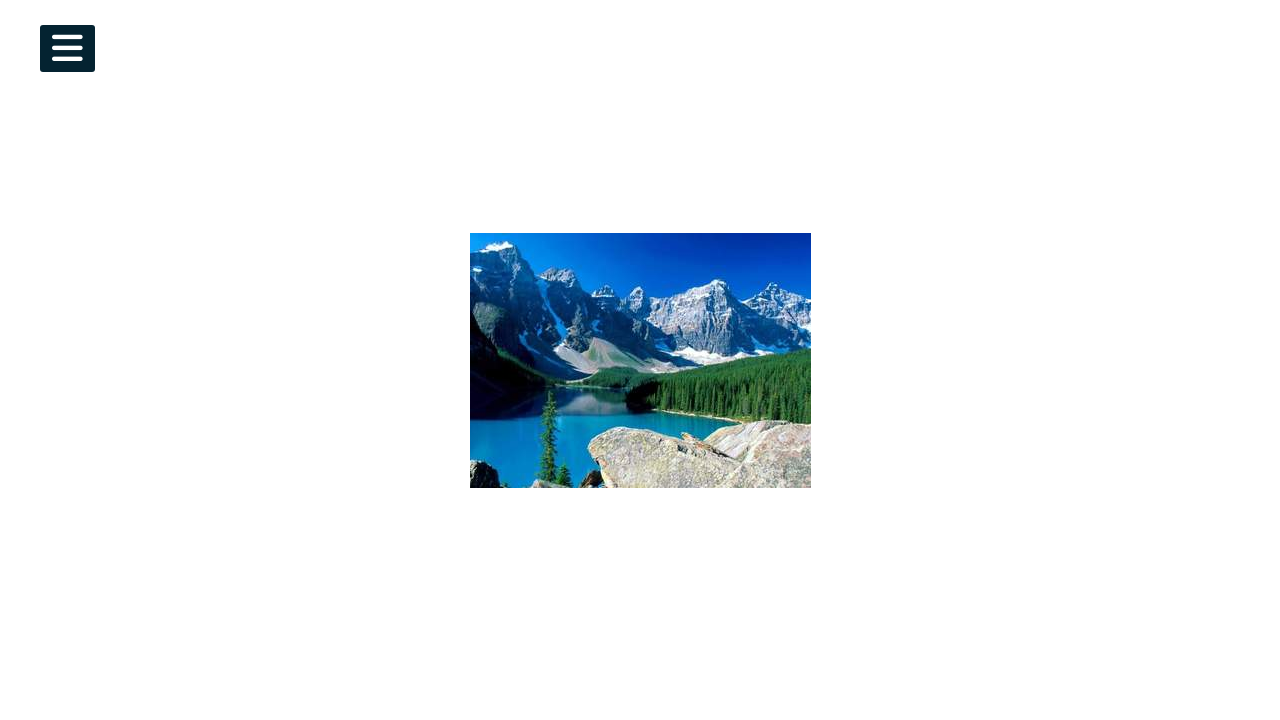
Repository: Alex-Serky/Dossier-Nav
Page: Nav-Sidebar/index.html
The author's editor kept a copy of each file at every save. The page is drawn from the files as they stood at one save, then again after the next save.
The browser window is 1280 px wide. The pictures show the whole page.
Some web libraries are served in a nearby version.

Above is the page before, as saved 2020-02-21 14:01:55.

After the next save:
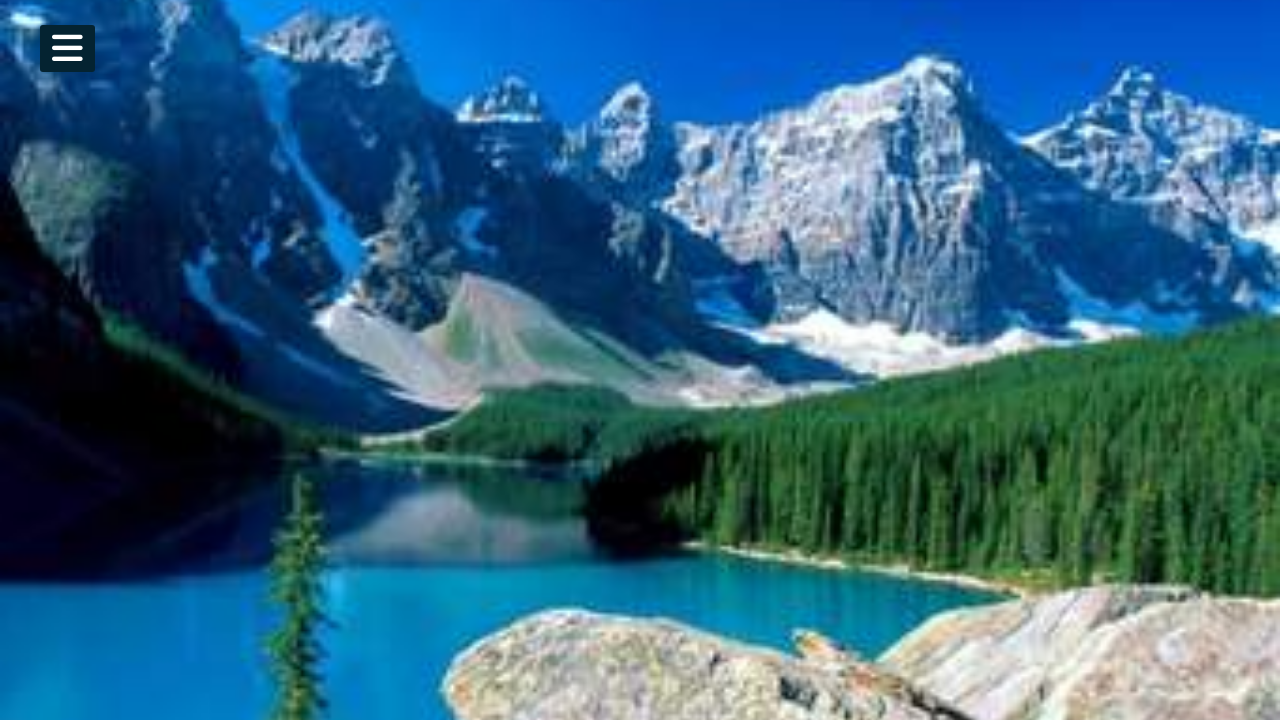
Saved 3 min 55 s later.
--- a/Nav-Sidebar/style.css
+++ b/Nav-Sidebar/style.css
@@ -98,6 +98,6 @@ label #cancel {
 section {
   background: url('background.jpg') no-repeat;
   background-position: center;
-  block-size: cover;
+  background-size: cover;
   height: 100vh;
 }
